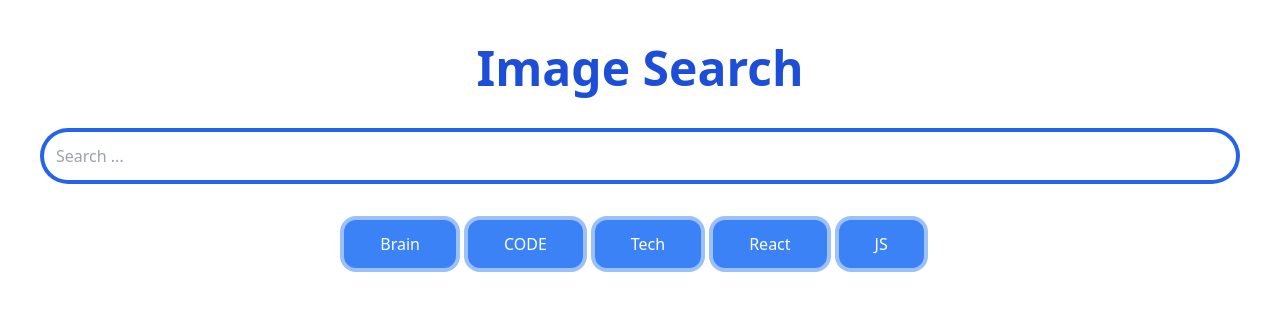
Repository: rkrukshan/react-image-gallery
Page: /
An editor plug-in stored every save of this project. The page is shown before and after a run of saves, followed by the edit.
The browser window is 1280 px wide. The pictures show the whole page.
The project was rebuilt for these pictures with package versions that can differ from the ones it lists, and the page was loaded fresh each time. Also part of the build but not shown: vite.config.js.

Above is the page before, as saved 2025-01-07 13:07:31.

After the next 2 saves:
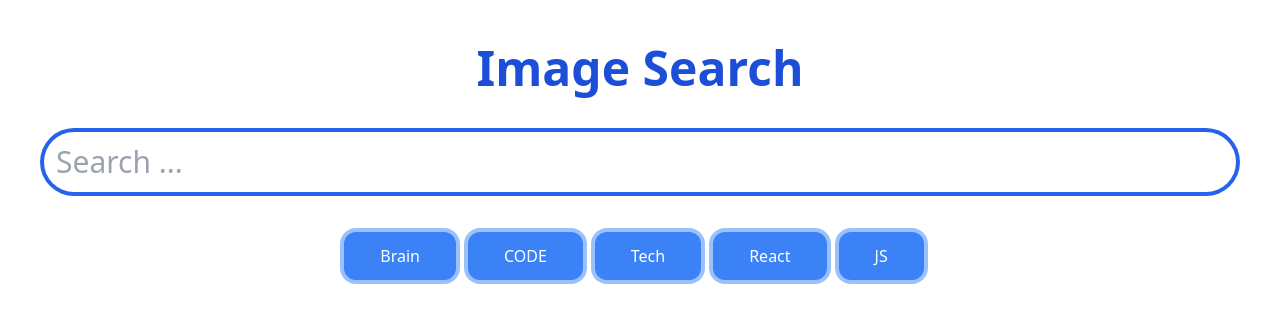
The 2 saves are shown as one change because they came seconds apart.
The last was saved 10 s later.
--- a/src/assets/components/Gallery.jsx
+++ b/src/assets/components/Gallery.jsx
@@ -4,7 +4,7 @@ export default function Gallery() {
       <h1 className="font-bold text-5xl text-blue-700 text-center">
         Image Search
       </h1>
-      <div className="mt-10">
+      <div className="mt-10 text-3xl">
         <input
           type="search"
           placeholder="Search ..."
